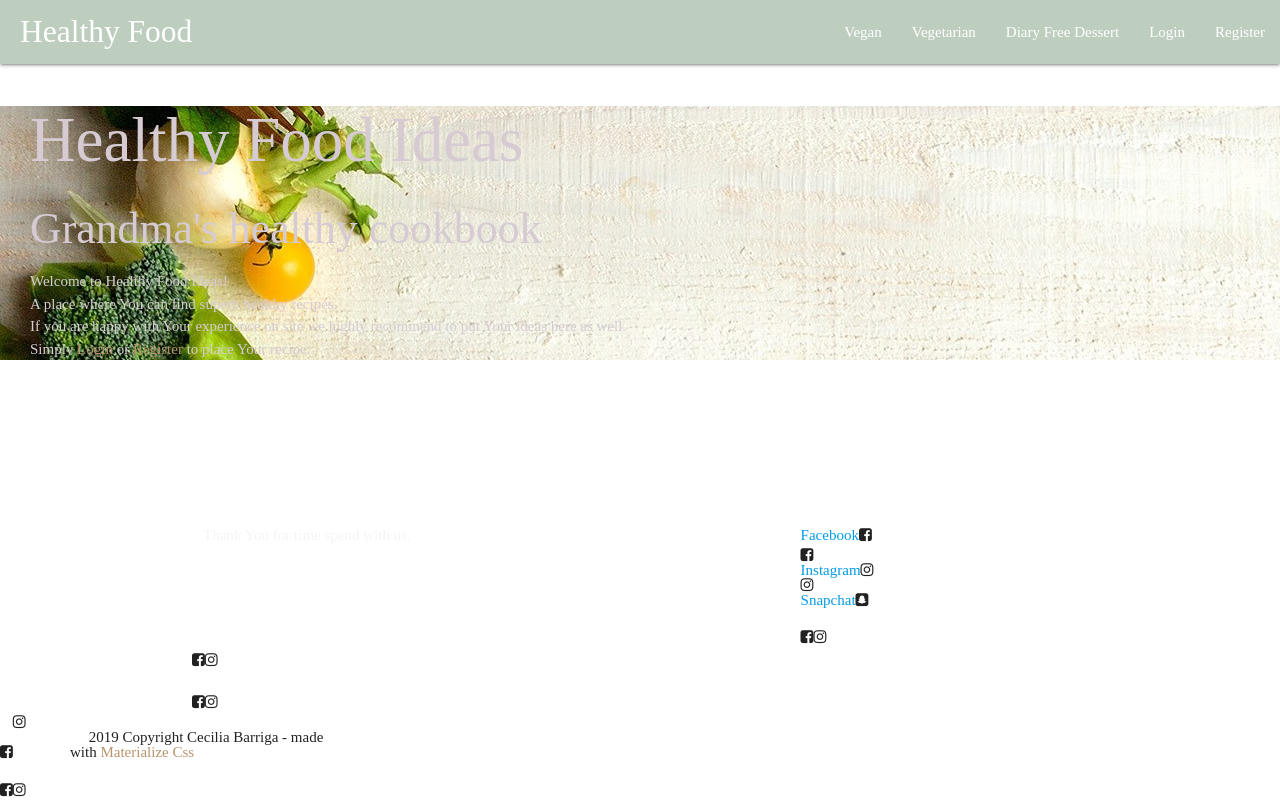
Repository: cesole/cookbook
Page: http://localhost/
The author's editor kept a record of every edit. The page is drawn from the files as they stood at one moment, then again after the next edit.
The browser window is 1280 px wide. The pictures show the whole page.
Some web fonts or font styles are not loaded; a fallback is used. The page is served by the project's application, run on Flask 3 (app.py).

Above is the page before.
Console error: TypeError: Cannot read properties of undefined (reading 'offsetHeight')

### templates/index.html
{% extends 'base.html'%}
{% block content %}
<div class="parallax">
    <div class="index-container">
        <h1>Healthy Food Ideas</h1>
        <h3>Grandma's healthy cookbook</h3>
       <p class="index">Welcome to Healthy Food Ideas!<br>A place where You can find superb healthy recipes.<br>
                                                    If you are happy with Your experience on site we highly recommend to put Your ideas here as well.<br>
                                                    Simply <a class="orange-text text-lighten-3" href="{{url_for('login')}}">Login</a> or <a class="orange-text text-lighten-3" href="{{url_for('register')}}">Register</a> to place Your recipe.</p>
    </div>
</div>
{% endblock %}

### templates/base.html
<!DOCTYPE html>
<html lang="en">
<head>
    <meta charset="UTF-8">
    <meta name="viewport" content="width=device-width, initial-scale=1.0">

    <link href="https://fonts.googleapis.com/icon?family=Material+Icons" rel="stylesheet">
    <!-- Compiled and minified CSS -->
    <link rel="stylesheet" href="{{ url_for('static', filename='css/materialize.min.css') }}" type="text/css" />
    <link href="https://stackpath.bootstrapcdn.com/font-awesome/4.7.0/css/font-awesome.min.css" rel="stylesheet" integrity="sha384-wvfXpqpZZVQGK6TAh5PVlGOfQNHSoD2xbE+QkPxCAFlNEevoEH3Sl0sibVcOQVnN" crossorigin="anonymous">
    <link href="https://fonts.googleapis.com/css?family=Beth+Ellen&display=swap" rel="stylesheet">
    <link rel="stylesheet" href="{{ url_for('static', filename='css/style.css') }}" type="text/css" />


    <title>Cookbook</title>
</head>

<body class="container-fluid">
    <nav>
        <div class="nav-wrapper">
            <a href="{{url_for('index')}}" class="brand-logo">Healthy Food</a>
            <a href="#" data-target="mobile-demo" class="sidenav-trigger"><i class="material-icons">menu</i></a>
            <ul class="right hide-on-med-and-down">
                {% if session.username %}
                <li>Hello, {{ session.username }}!</li>
                {% endif %}
                <li><a href="{{url_for('vegan')}}">Vegan</a></li>
                <li><a href="{{url_for('vegetarian')}}">Vegetarian</a></li>
                <li><a href="{{url_for('dessert')}}">Diary Free Dessert</a></li>
                {% if not session.username %}
                <li><a href="{{url_for('login')}}">Login</a></li>
                <li><a href="{{url_for('register')}}">Register</a></li>
                {% else %}
                <li><a href="{{url_for('get_my_recipes')}}">My Recipes</a></li>
                <li><a href="{{url_for('logout')}}">Logout</a></li>
                {% endif %}
            </ul>
        </div>
        <ul class="sidenav" id="mobile-demo">
            {% if session.username %}
            <li>Hello, {{ session.username }}!</li>
            {% endif %}
            <li><a href="{{url_for('vegan')}}">Vegan</a></li>
            <li><a href="{{url_for('vegetarian')}}">Vegetarian</a></li>
            <li><a href="{{url_for('dessert')}}">Diary Free Dessert</a></li>
            {% if not session.username %}
            <li><a href="{{url_for('login')}}">Login</a></li>
            <li><a href="{{url_for('register')}}">Register</a></li>
            {% else %}
            <li><a href="{{url_for('get_my_recipes')}}">My Recipes</a></li>
            <li><a href="{{url_for('logout')}}">Logout</a></li>
            {% endif %}
        </ul>
    </nav>

    <div class="container-fluid">
        <main>{% block content %}{% endblock %}</main>
    </div>

    <footer class="footer">
        <div class="container">
            <div class="row">
                <div class="col l6 s12">
                    <h5 class="white-text">Cooking like Grandma at your own place</h5>
                    <p class="grey-text text-lighten-4">Thank You for time spend with us.</p>
                </div>
                <div class="col l4 offset-l2 s12">
                    <h5 class="white-text">Visit us on :</h5>
                    <ul>
                      <li><a class="social-media" href="https://www.facebook.com/" target=_blank>Facebook</a><i class="fa fa-facebook-square"></li>
                      <li><a class="social-media" href="https://www.instagram.com/" target=_blank>Instagram</a><i class="fa fa-instagram"></li>
                      <li><a class="social-media" href="https://www.snapchat.com/" target=_blank>Snapchat</a><i class="fa fa-snapchat-square"></i></li>
                    </ul>
                </div>
            </div>
        </div>
        <div class="copyright">
            <div class="container">
                <div class="row">
            © 2019 Copyright Cecilia Barriga - made with <a class="orange-text text-lighten-3" href="https://materializecss.com/" target=_blank>Materialize Css</a>
            </div>
            </div>
        </div>
    </footer>


    <script src="https://code.jquery.com/jquery-3.3.1.slim.min.js" integrity="sha384-q8i/X+965DzO0rT7abK41JStQIAqVgRVzpbzo5smXKp4YfRvH+8abtTE1Pi6jizo" crossorigin="anonymous"></script>
    <!-- Compiled and minified JavaScript -->
    <script src="https://cdnjs.cloudflare.com/ajax/libs/materialize/1.0.0/js/materialize.min.js"></script>

    <script>
        $(document).ready(function(){
            $('.sidenav').sidenav();
            $('.parallax').parallax();
            $('.carousel').carousel();
            $('.slider').slider();
            $('select').formSelect();
          });
    </script>

</body>
</html>

### app.py
import os
from flask import Flask, render_template, flash, redirect, request, url_for, session, make_response, current_app
from flask_pymongo import PyMongo
import pymongo
from pymongo import MongoClient
from bson.objectid import ObjectId
import json
from datetime import datetime
from functools import update_wrapper


app = Flask(__name__)
app.config["MONGO_DBNAME"] = 'cook_book'
app.config["MONGO_URI"] = os.getenv('MONGO_URI', 'mongodb://localhost')
app.config['SECRET_KEY'] = "cooking_book"


mongo = PyMongo(app)




@app.route('/')
@app.route('/index')
def index():
    return render_template('index.html')

@app.route('/vegan')
def vegan():
    return render_template('vegan.html',
                            meals=mongo.db.meals.find())

@app.route('/vegetarian')
def vegetarian():
    return render_template('vegetarian.html',
                            meals=mongo.db.meals.find())

@app.route('/dessert')
def dessert():
    return render_template('dessert.html',
                            meals=mongo.db.meals.find())

@app.route('/login', methods=["POST", "GET"])
def login():
    users = mongo.db.users
    login_user = users.find_one({"username" : request.form.get("username", False)})
    if login_user:
        if (request.form['pass']) == login_user['password']:
            session['username'] = request.form['username']
            return redirect(url_for('index'))
        flash('Invalid username/password combination')

    return render_template('login.html')




@app.route('/register', methods=["POST", "GET"])
def register():
    if request.method == "POST":
        users = mongo.db.users
        existing_user = users.find_one({"username" : request.form['username']})
        if existing_user is None:
            users.insert({'username' : request.form['username'],
                            'password' : request.form['pass']
            })
            session['username'] = request.form['username']
            return redirect(url_for('index'))
        flash("Username already exist! Try again!")
    return render_template('register.html')


@app.route('/get_my_recipes', methods=['GET', 'POST'])
def get_my_recipes():
    if not 'username' in session:
        return redirect('/login')
    else:
        meals = mongo.db.meals.find()
        return render_template('user_recipes.html',
                           user=session['username'],
                        meals=meals)

@app.route('/add_recipe')
def add_recipe():
    return render_template('add_recipe.html',
                            categories=mongo.db.categories.find(),
                            meals=mongo.db.meals.find())


@app.route('/insert_recipe', methods=['POST'])
def insert_recipe():
    meals =  mongo.db.meals
    meals.insert_one(request.form.to_dict())
    return render_template('user_recipes.html',
    categories=mongo.db.categories.find(),
                            meals=mongo.db.meals.find())


@app.route('/delete_recipe/<meal_id>')
def delete_recipe(meal_id):
    mongo.db.meals.remove({'_id': ObjectId(meal_id)})
    return redirect(url_for('get_my_recipes'))


@app.route('/edit_recipe/<meal_id>')
def edit_recipe(meal_id):
    the_meal =  mongo.db.meal.find_one({"_id": ObjectId(meal_id)})
    all_categories =  mongo.db.categories.find()
    return render_template('edit_recipe.html', meal=the_meal,
                           categories=all_categories)


@app.route('/update_recipe/<meal_id>', methods=["POST"])
def update_recipe(meal_id):
    meals = mongo.db.meals
    meals.update( {'_id': ObjectId(meal_id)},
    {
        'dish_name':request.form.get('dish_name'),
        'category_name':request.form.get('category_name'),
        'dish_description': request.form.get('dish_description'),
        'ingredient_one': request.form.get('ingredient_one'),
        'ingredient_two': request.form.get('ingredient_two'),
        'ingredient_three': request.form.get('ingredient_three'),
        'ingredient_four': request.form.get('ingredient_four'),
        'ingredient_five': request.form.get('ingredient_five'),
        'ingredient_six': request.form.get('ingredient_six'),
        'step_one': request.form.get('step_one'),
        'step_two': request.form.get('step_two'),
        'step_three': request.form.get('step_three'),
        'step_four': request.form.get('step_four'),
        'step_five': request.form.get('step_five'),
        'step_six': request.form.get('step_six'),
        'image': request.form.get('image'),
        'cook_time': request.form.get('cook_time'),
        'prep_time': request.form.get('prep_time'),
        'author': request.form.get('author')
    })
    return redirect(url_for('get_my_recipes'))



@app.route('/logout')
def logout():
    session.clear()
    return redirect(url_for('index'))

@app.route('/recipe/<meal_id>', methods=['GET', 'POST'])
def recipe(meal_id):
    the_meal =  mongo.db.meals.find_one({"_id": ObjectId(meal_id)})
    return render_template('recipe.html', meal=the_meal)


if __name__ == '__main__':
    app.run(host=os.environ.get('IP'),
            port=int(os.environ.get('PORT')),
            debug=True)

### static/css/style.css
.parallax {
    background-image: url('static/images/background.jpg');
}

nav .nav-wrapper {
    position: relative;
    height: 100%;
    background-color: #bdcebe !important;
    color: white;
}

.index-container {
    margin-left: 30px;
    color: #d6cbd3;
}

.brand-logo {
    font-family: 'Indie Flower', cursive;
    margin-left: 20px;
}

html {
    font-family: 'Indie Flower', cursive;
}

.description {
    font-size: 1.5rem;
}

main {
    min-height: 50vh;
}

form {
    margin-top: 50px;
}

.meals {
    padding-top: 50px;
}

span.card-title {
    background-color: #d68d057a;
    width: 100%;
    padding: 10px !important;
}

.card-content {
    height: 100px;
}

/* Caption styles */

.caption {
    background-color: rgba(0, 0, 0, 0.1);
}

/* parallax styles */
.grey-text.text-darken-3 {
    color: white !important;
    text-align: center;
}

.white {
    background-color: #bdcebe !important;
    color: white;
    text-align: center;
}

/* end of style */

/* carousel style */

.carousel {
    height: 250px;
}

/* end of styles */

.input-field label {
    color: black;
}

.input-field input[type=text],
.input-field input[type=password],
.input-field input[type=email]{
    border-bottom: 1px solid black;
    box-shadow: 0 1px 0 0 black;
}

.switch label {
    color: black;
}

textarea.materialize-textarea {
    border-bottom: 1px solid black;
    box-shadow: 0 1px 0 0 black;
}

label.active {
    color: #000000 !important;
    font-size: 18px !important;
}


.page-footer {
    padding-top: 20px;
    color: #fff;
    background-color: #bdcebe !important;
}

img.responsive-img {
    max-width: 70%;
    height: auto;
}


.title-image {
    background-image: url('static/images/background.jpg');
}

.flashes {
    text-align: center;
    font-size: 2rem;
}


.orange-text.text-lighten-3 {
    color: #b9936c !important;
}




/* MEDIA STYLE */

@media (max-width: 768px) {
    nav .brand-logo {
        font-size: 1rem;
    }
}

Loaded but not shown: static/css/materialize.min.css (library)

After the next edit:
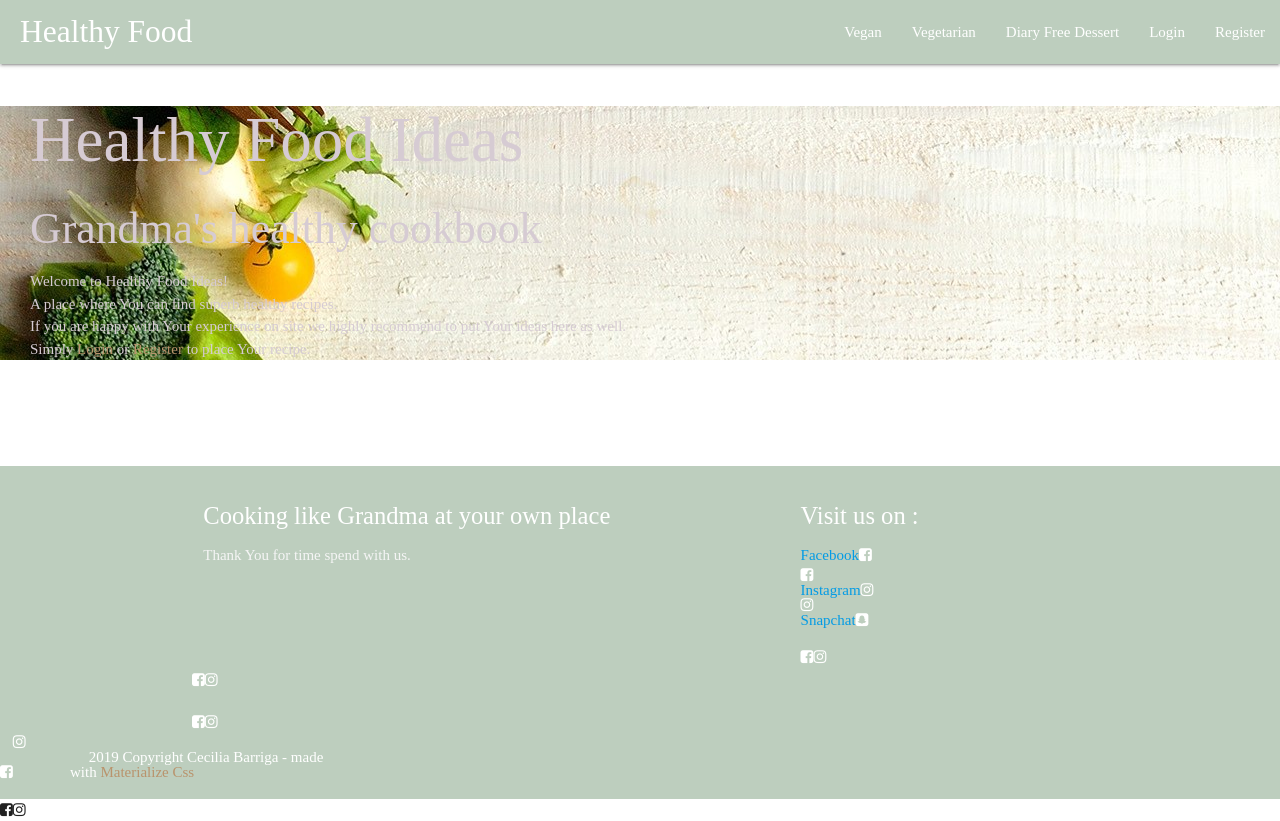
The edit:
--- a/templates/base.html
+++ b/templates/base.html
@@ -57,7 +57,7 @@
         <main>{% block content %}{% endblock %}</main>
     </div>
 
-    <footer class="footer">
+    <footer class="page-footer">
         <div class="container">
             <div class="row">
                 <div class="col l6 s12">
